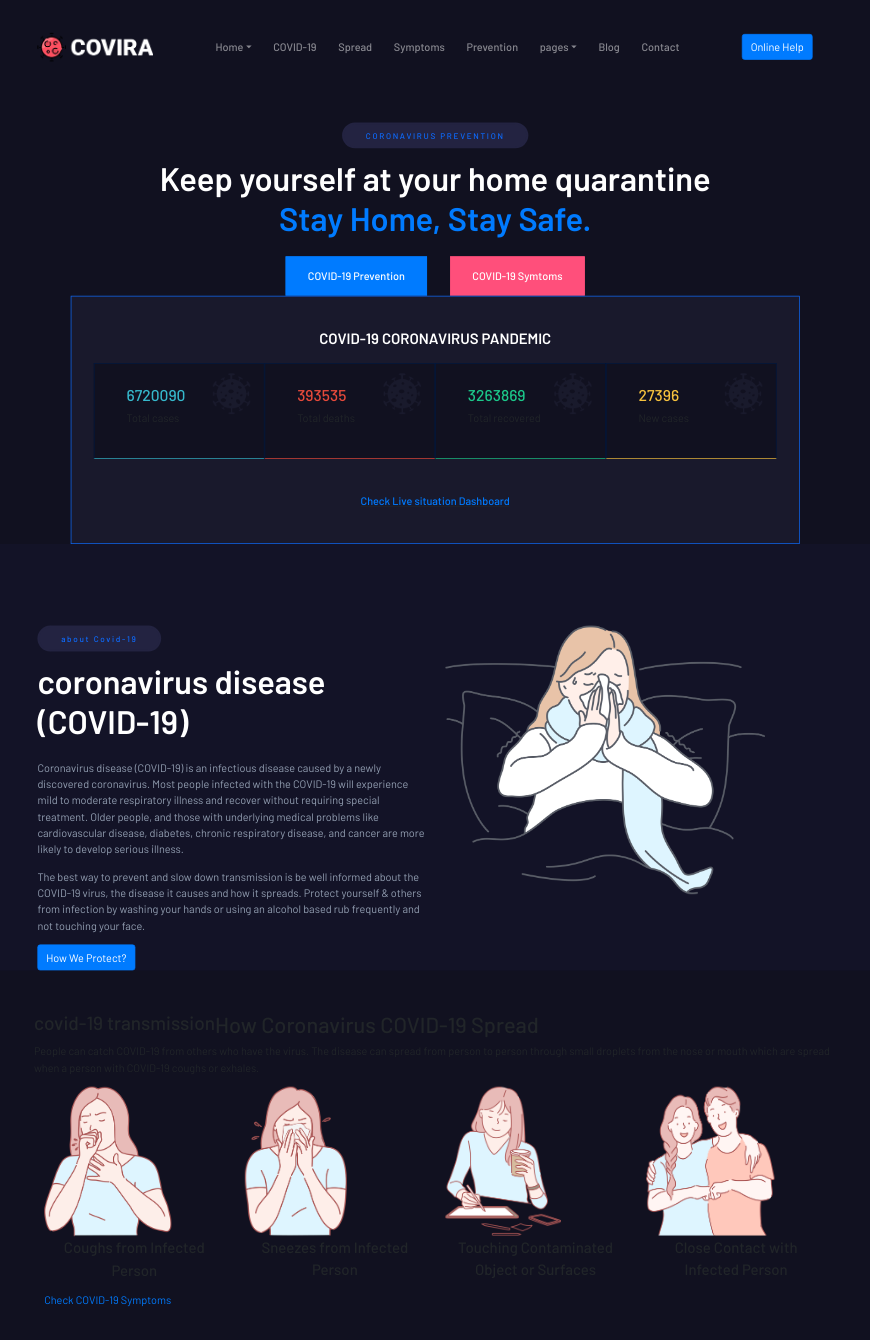
Repository: sitikhusushan/corona_updates
Page: index.html
An editor plug-in stored every save of this project. The page is shown before and after the next save, followed by the edit.
The browser window is 1280 px wide. The pictures show the whole page, at 68% of full size.

Above is the page before, as saved 2020-06-08 00:30:10.

After the next save:
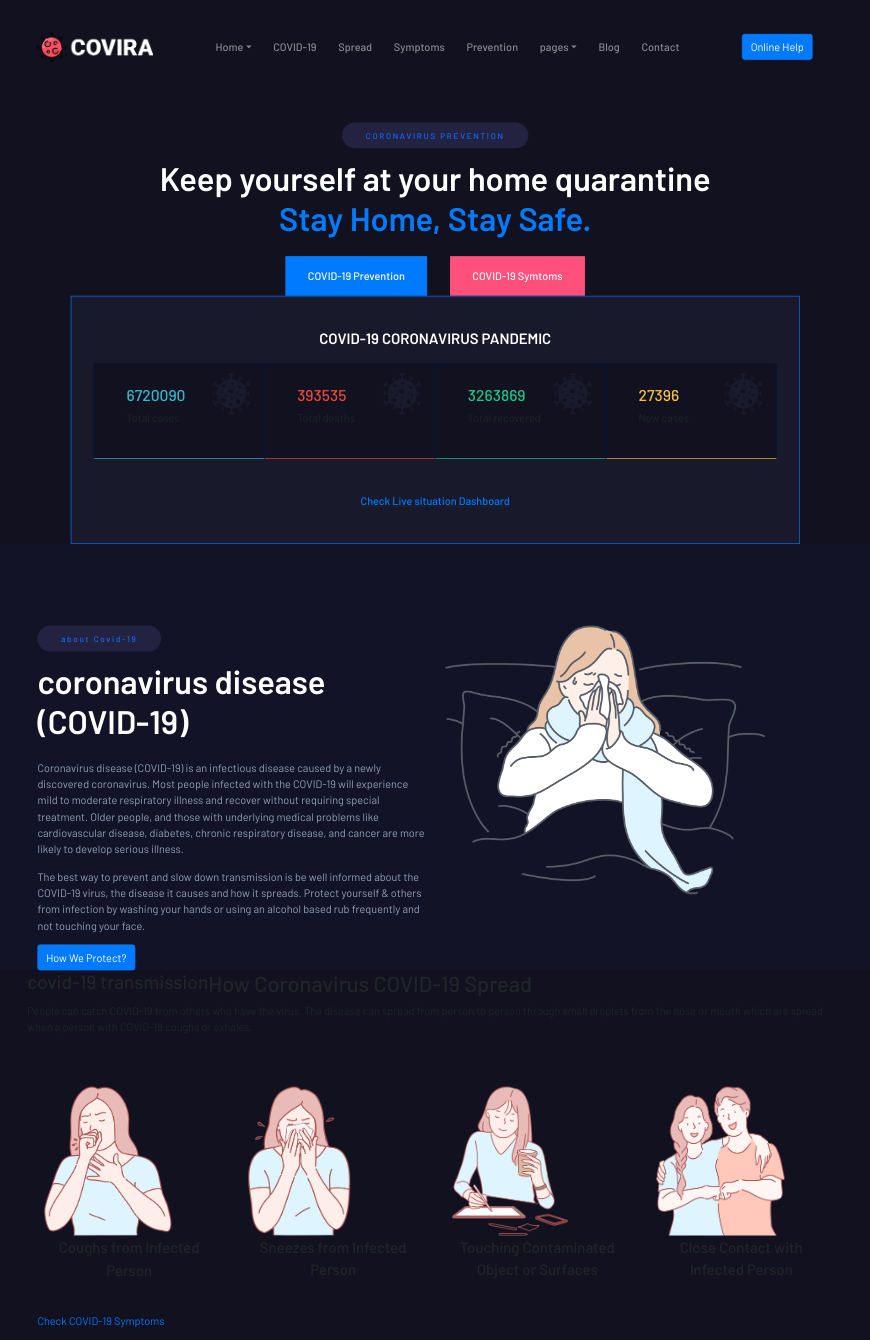
Saved 60 s later.
--- a/style.css
+++ b/style.css
@@ -241,7 +241,7 @@ h1 {
 
 /* transmission of css starts from here */
 
-.transmission > div {
+.transmission .row > div {
   padding: 30px 25px;
   margin-top: 30px;
 }
